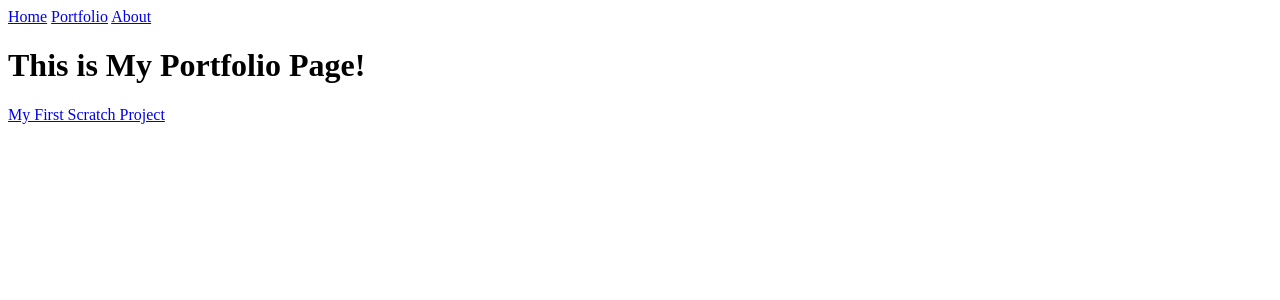
Repository: Fry-Rice/Fry-Rice.github.io
Page: my_website/portfolio.html
The author's editor kept a record of every edit. The page is drawn from the files as they stood at one moment, then again after the next edit.
The browser window is 1280 px wide. The pictures show the whole page.

Above is the page before.

### my_website/portfolio.html
<!doctype html>
	<html lang="en">
	  <head>
	    <meta charset="utf-8">
	    <title>Portfolio</title>
	  </head>
	  <body>
    <a href="index.html">Home</a>
    <a href="portfolio.html">Portfolio</a>
    <a href="about.html">About</a>
    <h1>This is My Portfolio Page!</h1>
      <p><a href="https://scratch.mit.edu/projects/326764305">My First Scratch Project</a></p>
    </a>
	  </body>
	</html>

After the next edit:
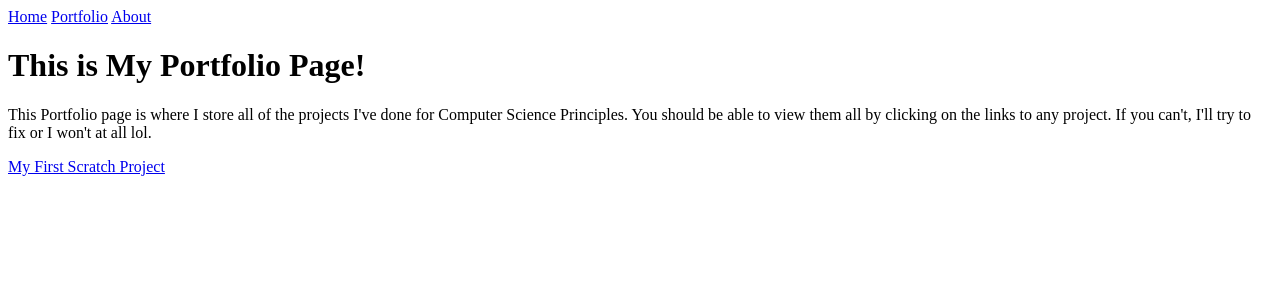
The edit:
--- a/my_website/portfolio.html
+++ b/my_website/portfolio.html
@@ -9,7 +9,7 @@
     <a href="portfolio.html">Portfolio</a>
     <a href="about.html">About</a>
     <h1>This is My Portfolio Page!</h1>
+    <p>This Portfolio page is where I store all of the projects I've done for Computer Science Principles. You should be able to view them all by clicking on the links to any project. If you can't, I'll try to fix or I won't at all lol.</p>
       <p><a href="https://scratch.mit.edu/projects/326764305">My First Scratch Project</a></p>
-    </a>
 	  </body>
 	</html>
